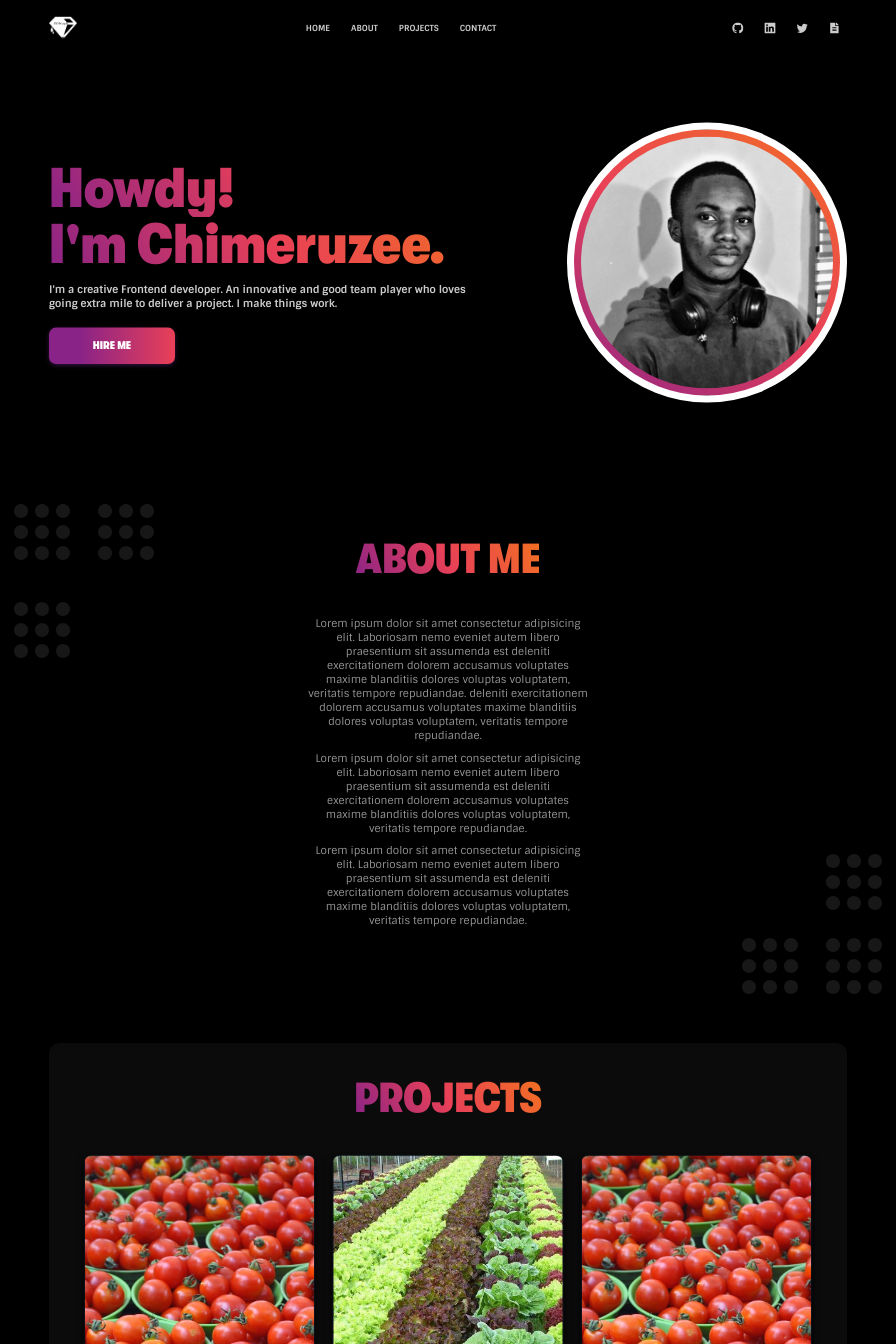
Repository: Ehceyn/ChimeruzeePortfolio
Page: /
An editor plug-in stored every save of this project. The page is shown before and after the next save, followed by the edit.
The browser window is 1280 px wide. The pictures show the part of the page from y = 0 to 1920 px (the page is 4486 px tall), at 70% of full size.
The pointer rests on the first visible `.buttonGrad`.
The project was rebuilt for these pictures with package versions that can differ from the ones it lists, and the page was loaded fresh each time. The framework's server and built-in components were replaced by stand-ins that run in the browser. Also part of the build but not shown: next.config.js, src/components/Timeline/Timeline.js, src/components/Accomplishments/Accomplishments.js.

Above is the page before, as saved 2022-07-17 17:59:21.

After the next save:
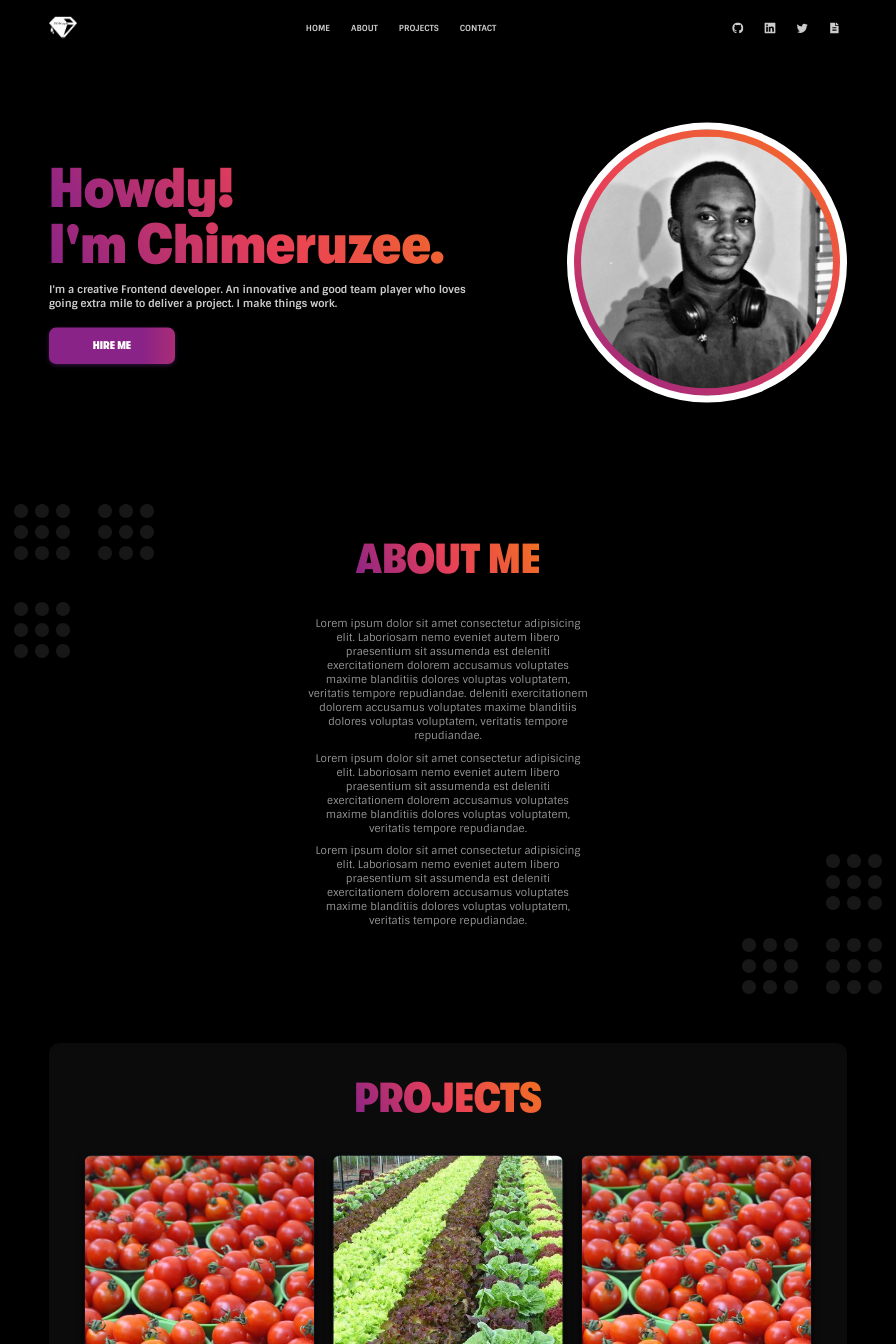
Saved 46 s later.
--- a/styles/global.css
+++ b/styles/global.css
@@ -144,7 +144,7 @@ button:focus {
 }
 
 .buttonGrad:hover {
-  background-position: center right; /* change the direction of the change here */
+  background-position: center left; /* change the direction of the change here */
   color: #fff;
   text-decoration: none;
 }
